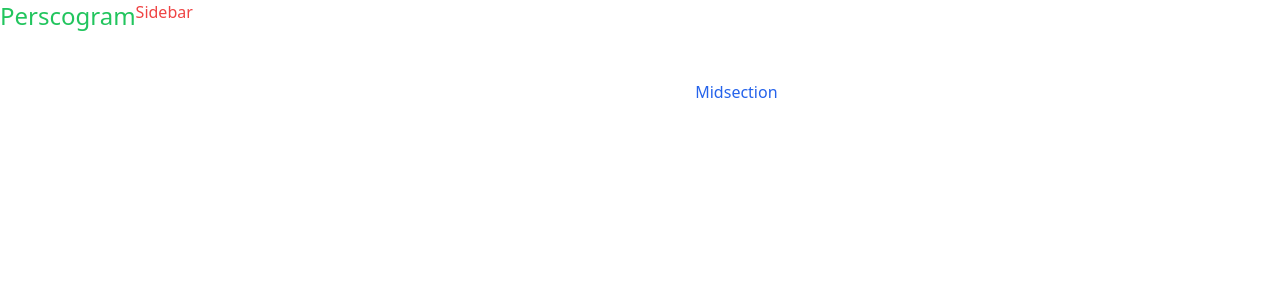
Repository: brandford7/perscogram
Page: /
These files come from the project's save history. The page is drawn as it stood at one moment and after the next save; the edit follows.
The browser window is 1280 px wide. The pictures show the whole page.
The project was rebuilt for these pictures with package versions that can differ from the ones it lists, and the page was loaded fresh each time. The framework's server and built-in components were replaced by stand-ins that run in the browser. Also part of the build but not shown: next.config.js.

Above is the page before, as saved 2022-12-15 21:59:15.

After the next save:
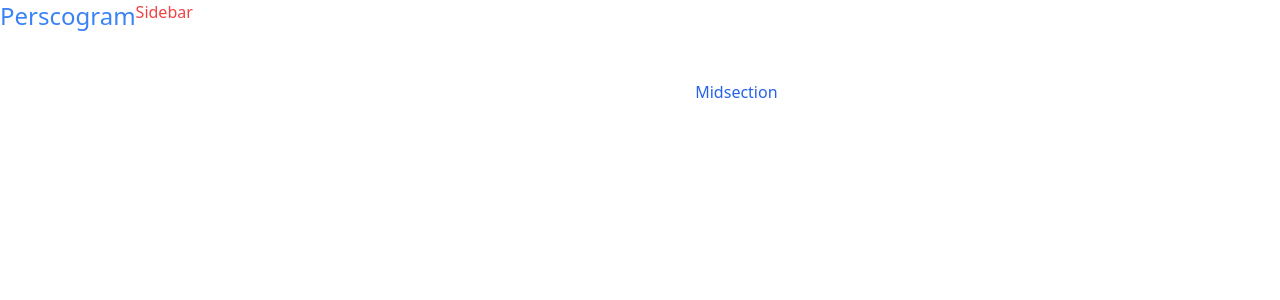
Saved 4 s later.
--- a/components/Header.jsx
+++ b/components/Header.jsx
@@ -3,7 +3,7 @@ import React from "react";
 const Header = () => {
   return (
     <div>
-      <h1 className="text-blue- text-2xl">Perscogram</h1>
+      <h1 className="text-blue-500 text-2xl">Perscogram</h1>
     </div>
   );
 };
